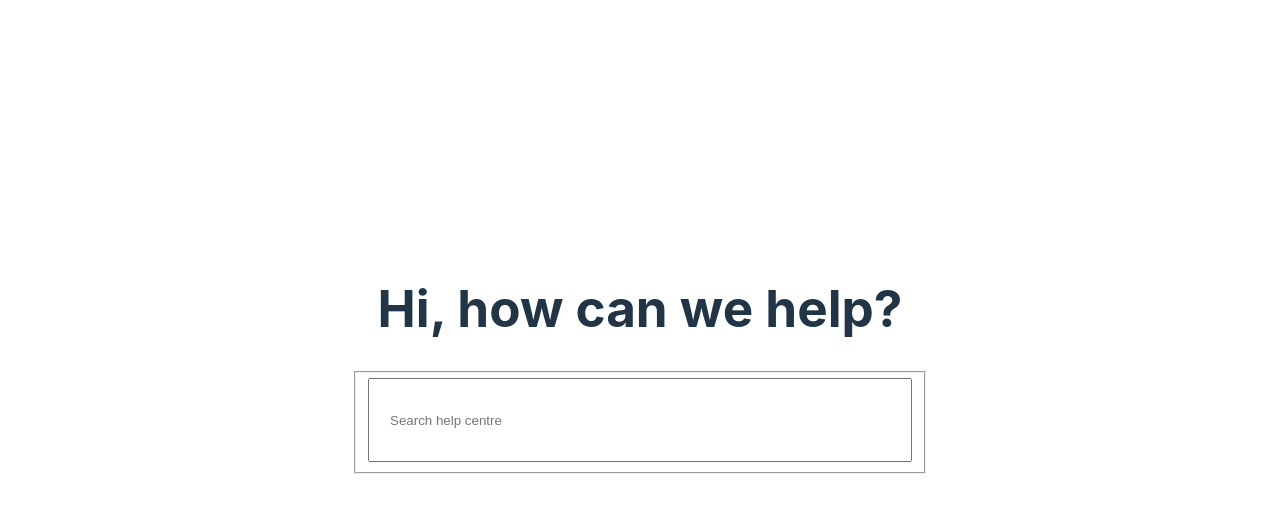
Repository: mukeshghodela-easternts/search-bar-component
Page: /
These files come from the project's save history. The page is drawn as it stood at one moment and after the next save; the edit follows.
The browser window is 1280 px wide. The pictures show the whole page.
The project was rebuilt for these pictures with package versions that can differ from the ones it lists, and the page was loaded fresh each time. Also part of the build but not shown: vite.config.ts.

Above is the page before, as saved 2023-03-22 12:56:41.

### src/App.tsx
import { useState } from 'react'
import reactLogo from './assets/react.svg'
import viteLogo from '/vite.svg'
import './App.css'
import SearchBar from './components/SearchBar'

function App() {
  const [count, setCount] = useState(0)

  return (
    <div className="App">
      <SearchBar/>
    </div>
  )
}

export default App

### src/App.css
#root {
  max-width: 1280px;
  margin: 0 auto;
  padding: 2rem;
  text-align: center;
}

.logo {
  height: 6em;
  padding: 1.5em;
  will-change: filter;
  transition: filter 300ms;
}
.logo:hover {
  filter: drop-shadow(0 0 2em #646cffaa);
}
.logo.react:hover {
  filter: drop-shadow(0 0 2em #61dafbaa);
}

@keyframes logo-spin {
  from {
    transform: rotate(0deg);
  }
  to {
    transform: rotate(360deg);
  }
}

@media (prefers-reduced-motion: no-preference) {
  a:nth-of-type(2) .logo {
    animation: logo-spin infinite 20s linear;
  }
}

.m-searchWidget input{
    width: 500px;
    height: 40px;
    padding: 20px 20px;
}

.card {
  padding: 2em;
}

.read-the-docs {
  color: #888;
}

### src/components/SearchBar.tsx
import { SetStateAction, useState } from "react"
import questions from '../data/questions'
function SearchBar() {
  const [inputValue, setInputValue] = useState('')

  const handleInputChange = (event: { target: { value: SetStateAction<string>; }; }) => {
    setInputValue(event.target.value);
  };


  return (
    <div className="full-bleed">
        <div className="o-search-container">
            <h1 className="H1Bold38">Hi, how can we help?</h1>
            <fieldset className="m-searchWidget">
                <input type="text" placeholder="Search help centre" value={inputValue} onChange={handleInputChange} />
                <span className="a-searchIcon"></span>
            </fieldset>
            {/* <div className="m-search-results" v-if="searchItems.length > 0">
                <p className="a-result-title PBold14">Top article suggestions</p>
                <div className="a-result-link" v-for="(res, index) in searchItems" :key="index">
                <router-link :to="{ path: res.link }">
                    <div v-html="res.question"></div>
                </router-link>
                </div>
            </div>*/}
        </div>
    </div>
  )
}

export default SearchBar

Loaded but not shown: index.html (common file); src/main.tsx (common file); src/index.css (common file)

After the next save:
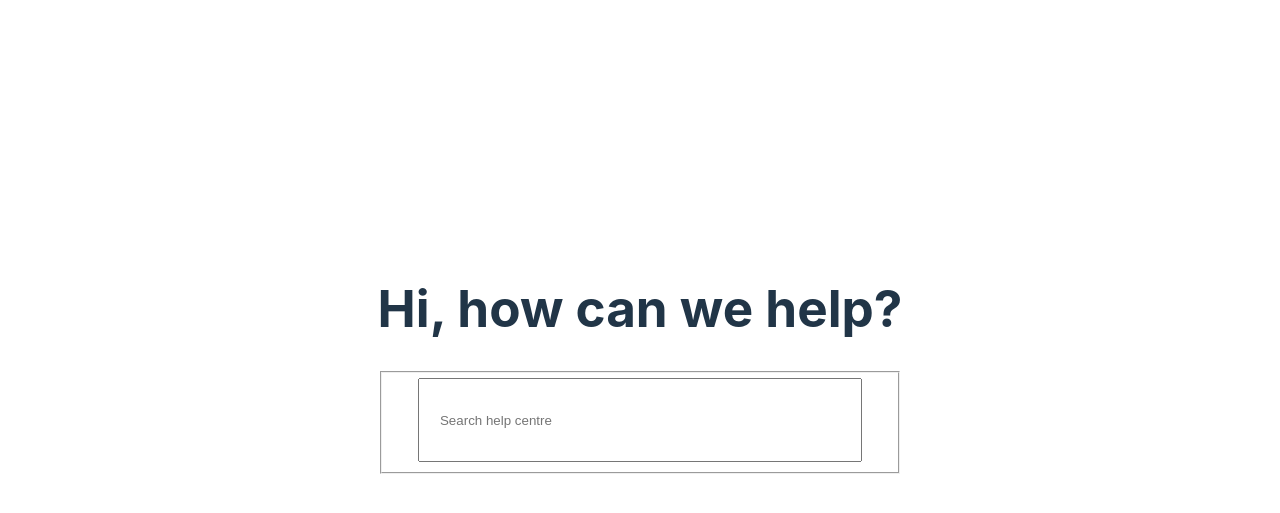
Saved 8 s later.
--- a/src/App.css
+++ b/src/App.css
@@ -34,7 +34,7 @@
 }
 
 .m-searchWidget input{
-    width: 500px;
+    width: 400px;
     height: 40px;
     padding: 20px 20px;
 }
